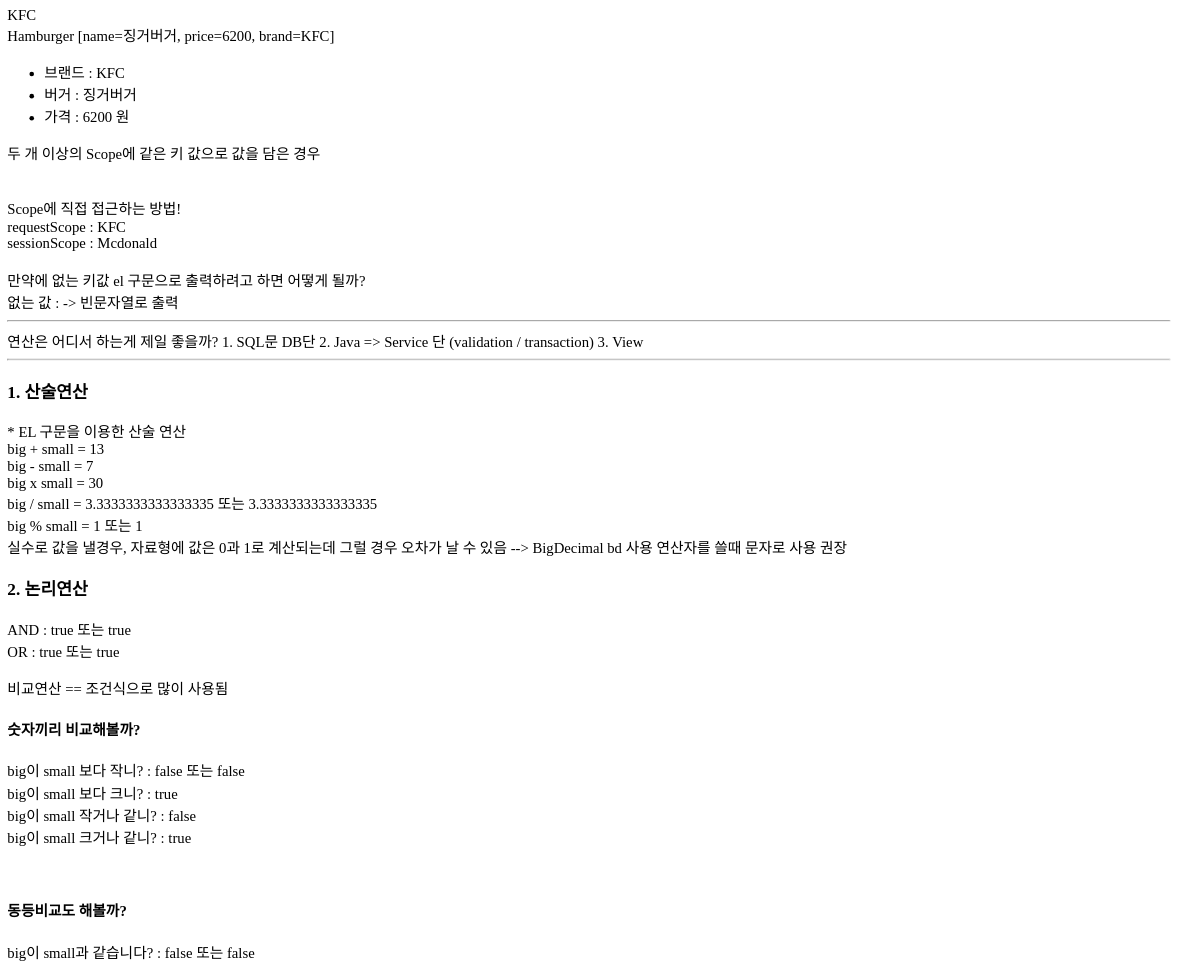
Repository: parkjin-sol/web-workplace
Page: http://localhost/McdonaldProject/sc
These files come from the project's save history. The page is drawn as it stood at one moment and after the next save; the edit follows.
The browser window is 1280 px wide. The pictures show the whole page, at 92% of full size.
The page is served by Tomcat 9. Other server files are loaded and not shown.

Above is the page before, as saved 2025-03-11 02:12:10.

### McdonaldProject/src/main/webapp/WEB-INF/views/print.jsp
<%@ page language="java" contentType="text/html; charset=UTF-8"
    pageEncoding="UTF-8"%>
<%
	// String brand = (String)request.getAttribute("brand");
%>
<!DOCTYPE html>
<html>
<head>
<meta charset="UTF-8">
<title>Insert title here</title>
</head>
<body>
	${ brand } <br>
	${ bestSeller }

	<ul>
		<li> 브랜드 : ${ bestSeller.brand }</li>
		<li> 버거 : ${ bestSeller.name }</li>
		<li> 가격 : ${ bestSeller.price } 원</li>
	</ul>

	두 개 이상의 Scope에 같은 키 값으로 값을 담은 경우 <br>

	<!--
		page => request => session => application 순으로 키값을 겁색
	 -->
	 <br><br>
	 Scope에 직접 접근하는 방법! <br>
	 requestScope : ${ requestScope.brand } <br>
	 sessionScope : ${ sessionScope.brand } <br>
	 <br>
	 만약에 없는 키값 el 구문으로 출력하려고 하면 어떻게 될까? <br>

	 없는 값 : ${ sessionScope.abc }
	 -> 빈문자열로 출력


	 <hr>

	 연산은 어디서 하는게 제일 좋을까?
	 1. SQL문 DB단
	 2. Java => Service 단 (validation / transaction)
	 3. View

	 <hr>

	 <h3>1. 산술연산</h3>
	 <p>
	 	* EL 구문을 이용한 산술 연산
	 	<br>
	 	big + small = ${ big + small } <br>
	 	big - small = ${ big - small } <br>
	 	big x small = ${ big * small }  <br>
	 	big / small = ${ big / small } 또는 ${ big div small } <br>
	 	big % small = ${ big % small } 또는 ${ big mod small } <br>

	 	실수로 값을 낼경우, 자료형에 값은 0과 1로 계산되는데
	 	그럴 경우 오차가 날 수 있음
	 	--> BigDecimal bd 사용

	 	연산자를 쓸때 문자로 사용 권장
	 </p>

	 <h3>2. 논리연산</h3>
	 <p>
	 	AND : ${ true && true } 또는 ${ true and true } <br>
	 	OR  : ${ true || true } 또는 ${ true or true }
	 </p>

	 비교연산 == 조건식으로 많이 사용됨

	 <h4>숫자끼리 비교해볼까?</h4>

	 <p>
	 	big이 small 보다 작니? : ${ big < small } 또는 ${ big lt small } <br>
	 	big이 small 보다 크니? : ${ big gt small } <br>
	 	big이 small 작거나 같니? : ${ big le small } <br>
	 	big이 small 크거나 같니? : ${ big ge small } <br>

	 </p>

	 <br>

	 <h4>동등비교도 해볼까?</h4>

	 <p>
	 	 big이 small과 같습니다? : ${ big == small } 또는 ${ big eq small } <br>
	 </p>




















</body>
</html>

### McdonaldProject/src/main/java/com/kh/mcdonald/controller/SettingController.java
package com.kh.mcdonald.controller;

import java.io.IOException;
import java.util.ArrayList;

import javax.servlet.ServletException;
import javax.servlet.annotation.WebServlet;
import javax.servlet.http.HttpServlet;
import javax.servlet.http.HttpServletRequest;
import javax.servlet.http.HttpServletResponse;
import javax.servlet.http.HttpSession;

import com.kh.mcdonald.model.dto.Hamburger;


@WebServlet("/sc")
public class SettingController extends HttpServlet {
	private static final long serialVersionUID = 1L;


    public SettingController() {
    	super();
    }


	protected void doGet(HttpServletRequest request, HttpServletResponse response) throws ServletException, IOException {
		// System.out.println("뚜겟");

		// Servlet에서 응답 데이터가 있는데 ?
		// JSP에게 보내줘야함! --> request에 담아서
		 							// Servlet 내장 객체 / Scope 객체

		// Application / Session / Request              / Page
		/*
		 * 1. Servlet Context(Application Scope)
		 * 하나의 애플리케이션 당, 딱 한 개 존재하는 객체
		 * 이 영역에 데이터를 담으면 전역에서 사용가능
		 *
		 * 2. HttpSession (Session Scope)
		 * 하나의 브라우저 당, 한 개 존재하는 객체
		 * 이 영역에 데이터를 담으면 JSP / Servlet 단에서 사용 가능
		 * 값이 한번 담기면, 브라우저가 닫히거나, 세션을 비우거나(로그아웃),
		 * 서버를 중지하기 전까지는 계속해서 사용 가능
		 *
		 * 3. HttpServletRequest (Request Scope)
		 * 요청 시 매 번 생성되는 객체
		 * 이 영역에 데이터를 담으면 해당 request 객체를 포워딩 받는
		 * 응답 JSP에서만 사용가능(1회용)
		 *
		 * 4. PageContext(Page Scope)
		 * JSP페이지 내에서만 사용가능
		 *
		 * => 위 객체들에 값을 담을떄는 .setAttribute("키", "value")
		 * 							    .getAttributr("키")
		 *                              .removeAttribute("키")
		 *
		 *
		 *
		 */

		// requestScope
		// 객체 지향 개념에서 제일 중요한건 주체!

		request.setAttribute("brand","KFC");
		request.setAttribute("bestSeller", new Hamburger("징거버거", 6200, "KFC"));


		// sessionScope
		HttpSession session = request.getSession();
		session.setAttribute("brand", "Mcdonald");
		session.setAttribute("bestSeller", new Hamburger("빅맥", 6500,"Mcdonald"));


		// 숫자
		request.setAttribute("big", 10);
		request.setAttribute("small", 3);

		// 문자
		request.setAttribute("str", "좋아하는 문구");

		// 리스트
		request.setAttribute("list", new ArrayList());


		// 응답 뷰 위임 -> 포워딩

		request.getRequestDispatcher("/WEB-INF/views/print.jsp").forward(request, response);

	}


	protected void doPost(HttpServletRequest request, HttpServletResponse response) throws ServletException, IOException {
		doGet(request, response);
	}

}

### McdonaldProject/src/main/java/com/kh/mcdonald/model/dto/Hamburger.java
package com.kh.mcdonald.model.dto;

public class Hamburger {
	private String name;
	private int price;
	private String brand;

	public Hamburger() {
		super();
	}
	public Hamburger(String name, int price, String brand) {
		super();
		this.name = name;
		this.price = price;
		this.brand = brand;
	}
	@Override
	public String toString() {
		return "Hamburger [name=" + name + ", price=" + price + ", brand=" + brand + "]";
	}

	public String getName() {
		return name;
	}
	public void setName(String name) {
		this.name = name;
	}
	public int getPrice() {
		return price;
	}
	public void setPrice(int price) {
		this.price = price;
	}
	public String getBrand() {
		return brand;
	}
	public void setBrand(String brand) {
		this.brand = brand;
	}


}

After the next save:
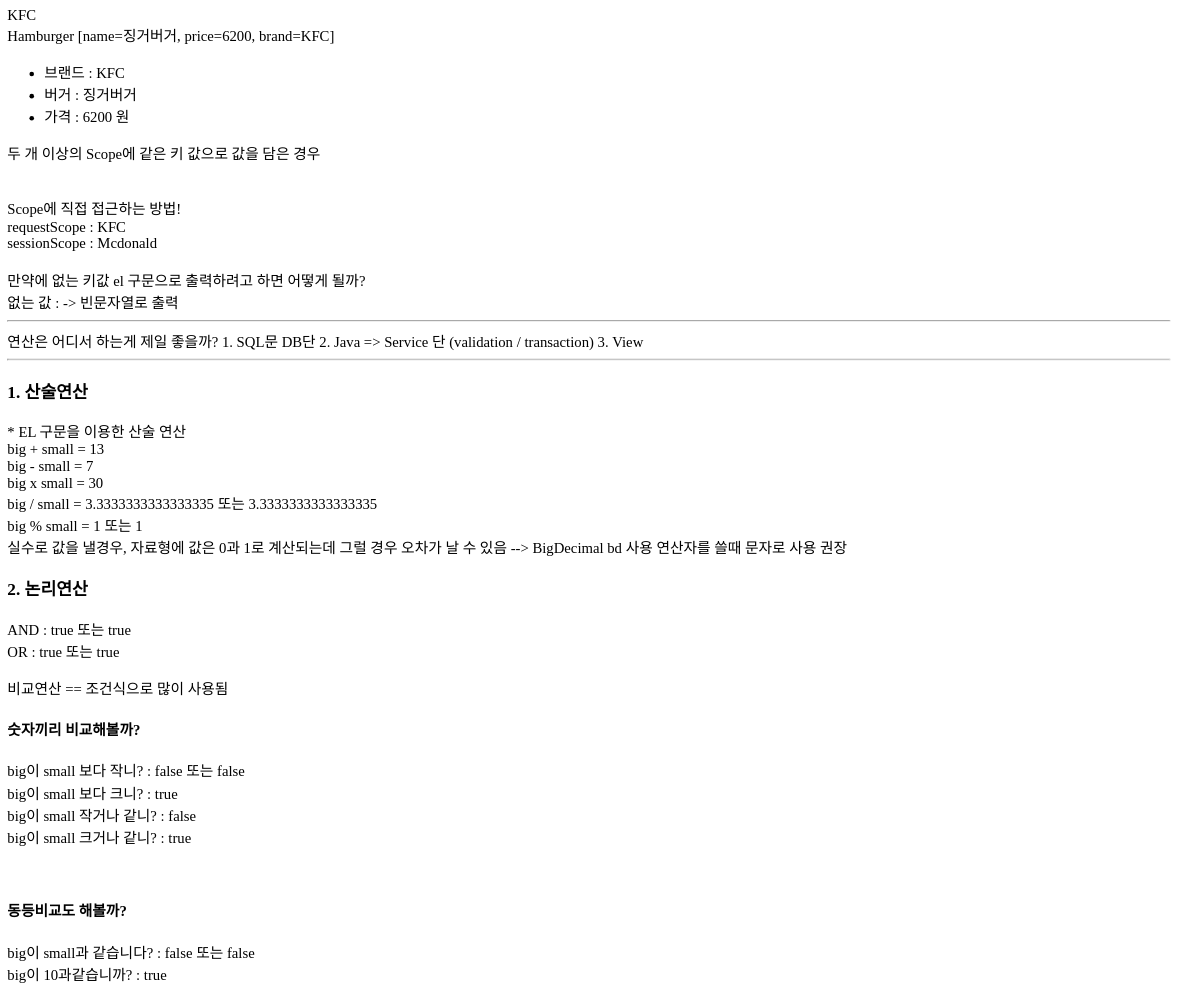
Saved 23 s later.
--- a/McdonaldProject/src/main/webapp/WEB-INF/views/print.jsp
+++ b/McdonaldProject/src/main/webapp/WEB-INF/views/print.jsp
@@ -85,6 +85,7 @@
 
 	 <p>
 	 	 big이 small과 같습니다? : ${ big == small } 또는 ${ big eq small } <br>
+	 	 big이 10과같습니까? : ${ big eq 10 }
 	 </p>
 
 
